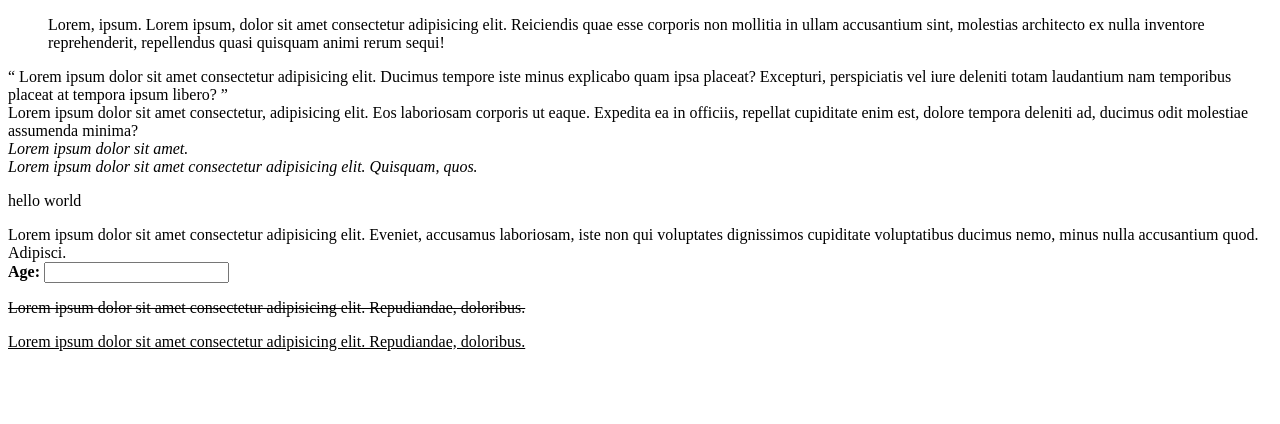
Repository: arunyerram/Web-TEChnologies
Page: p.html
These files come from the project's save history. The page is drawn as it stood at one moment and after a run of saves; the edit follows.
The browser window is 1280 px wide. The pictures show the whole page.

Above is the page before, as saved 2025-02-21 11:57:53.

After the next 4 saves:
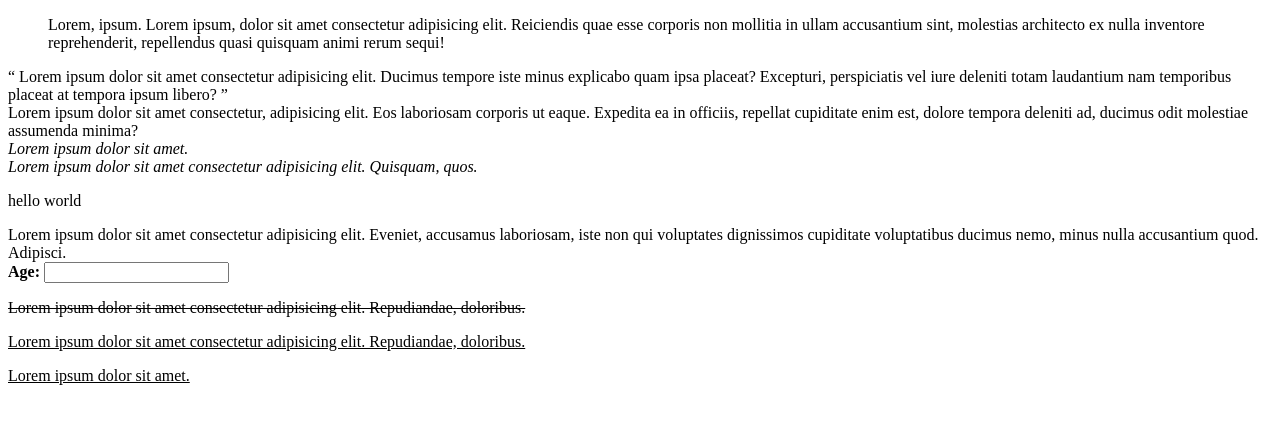
The 4 saves are shown as one change because they came seconds apart.
The last was saved 16 s later.
--- a/p.html
+++ b/p.html
@@ -39,6 +39,6 @@
         <p> <del> Lorem ipsum dolor sit amet consectetur adipisicing elit. Repudiandae, doloribus.</del></p>
 
         <p> <ins> Lorem ipsum dolor sit amet consectetur adipisicing elit. Repudiandae, doloribus.</ins></p>
-
+        <p><u>Lorem ipsum dolor sit amet.</u></p>
 </body>
 </html>
